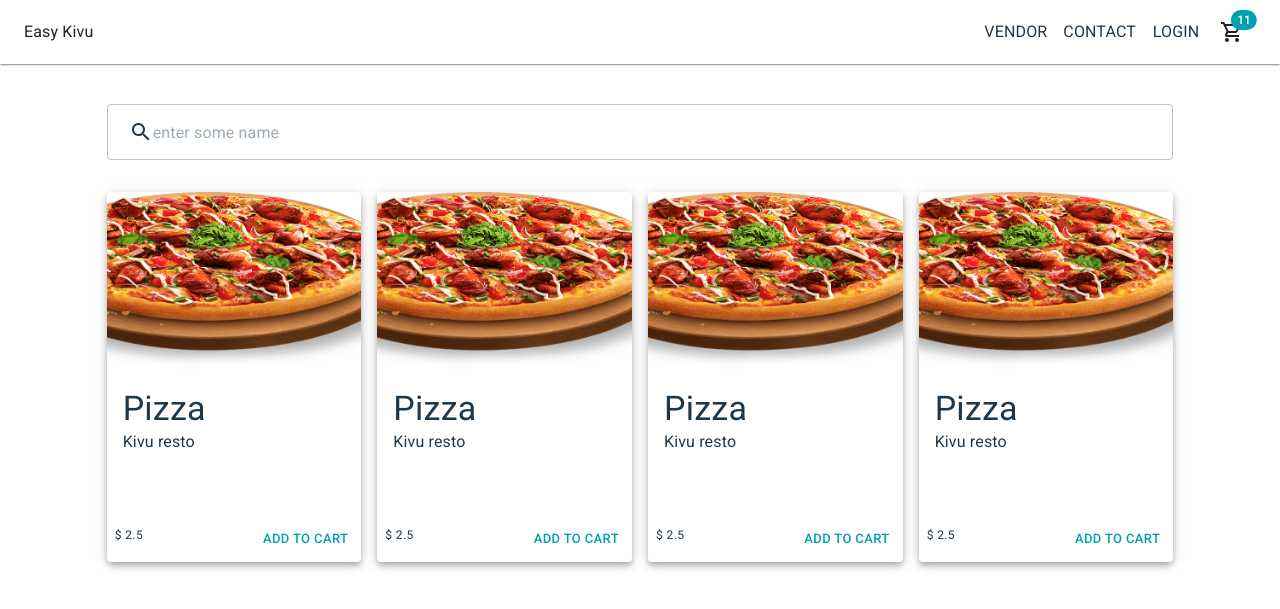
Repository: kilamaelie/jokes-dapp
Page: /
The author's editor kept a copy of each file at every save. The page is drawn from the files as they stood at one save, then again after the next save.
The browser window is 1280 px wide. The pictures show the whole page.
The project was rebuilt for these pictures with package versions that can differ from the ones it lists, and the page was loaded fresh each time. Also part of the build but not shown: src/ui/page/dashboard/dashboard.js.

Above is the page before, as saved 2021-06-28 02:05:09.

After the next save:
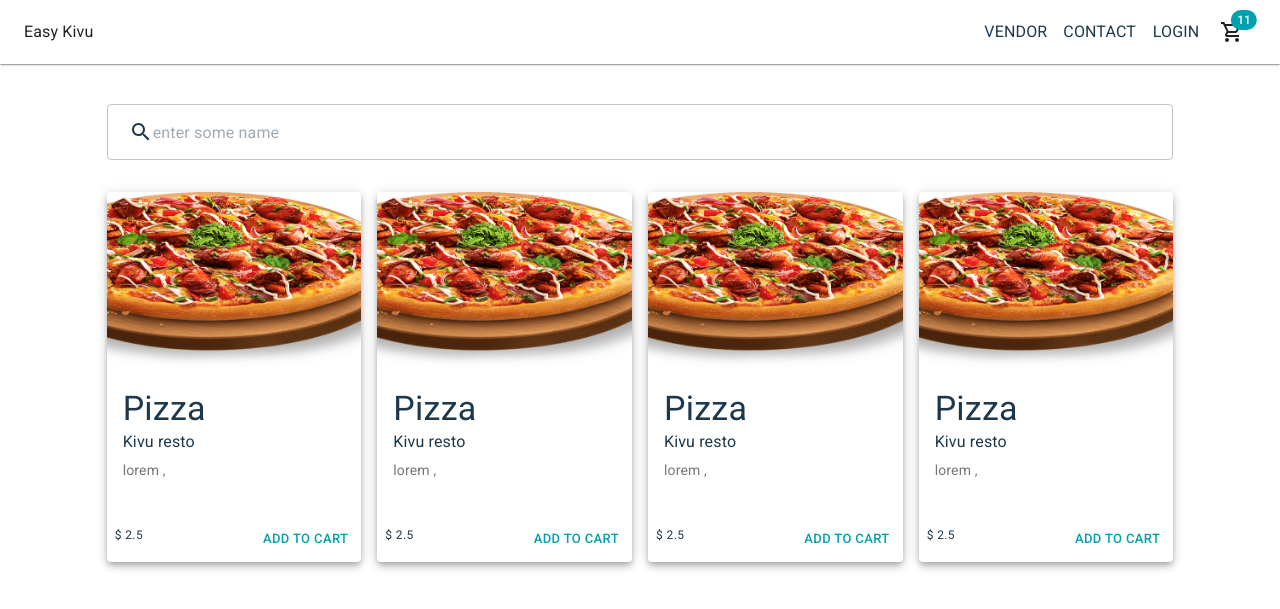
Saved 9 min 39 s later.
--- a/src/ui/page/website/screen/widget/card.js
+++ b/src/ui/page/website/screen/widget/card.js
@@ -26,7 +26,7 @@ const CardItem =()=>{
               Kivu resto
             </Typography>
             <Typography variant="body2" color="textSecondary" style={{height:40}}>
-
+             lorem ,
             </Typography>
           </CardContent>
         {/* </CardActionArea> */}
